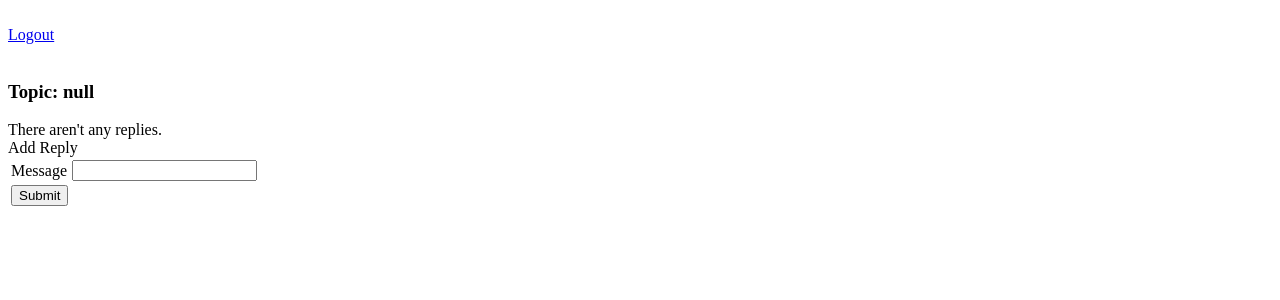
Repository: TeodorZlatev/Homework
Page: http://localhost/Web/reply.jsp
The author's editor kept a copy of each file at every save. The page is drawn from the files as they stood at one save, then again after the next save.
The browser window is 1280 px wide. The pictures show the whole page.
The page is served by Tomcat 9. Queries for data that is not in the repository find no rows.

Above is the page before, as saved 2016-04-27 11:46:52.

After the next save:
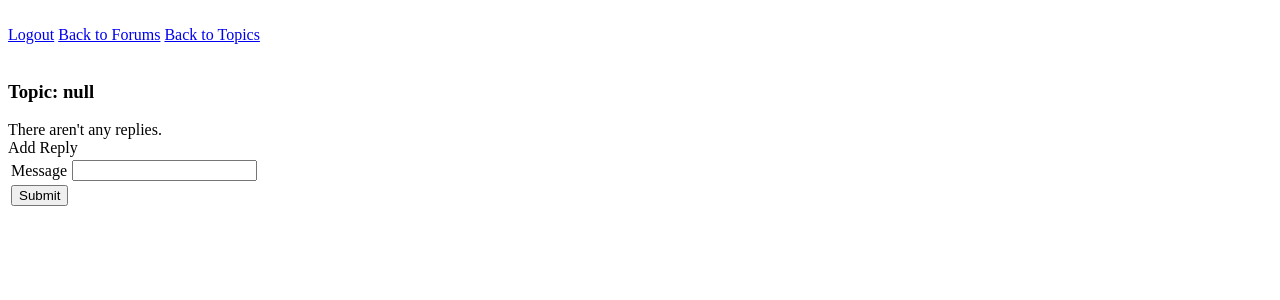
Saved 4 min 0 s later.
--- a/HomeworkWeb/Web/WebContent/reply.jsp
+++ b/HomeworkWeb/Web/WebContent/reply.jsp
@@ -11,7 +11,7 @@
 </head>
 <body>
 	<br />
-	<a href="Logout">Logout</a>
+	<a href="Logout">Logout</a>  <a href="forum.jsp">Back to Forums</a>  <a href="topic.jsp">Back to Topics</a>
 	<br />
 	<br />
 	<%
